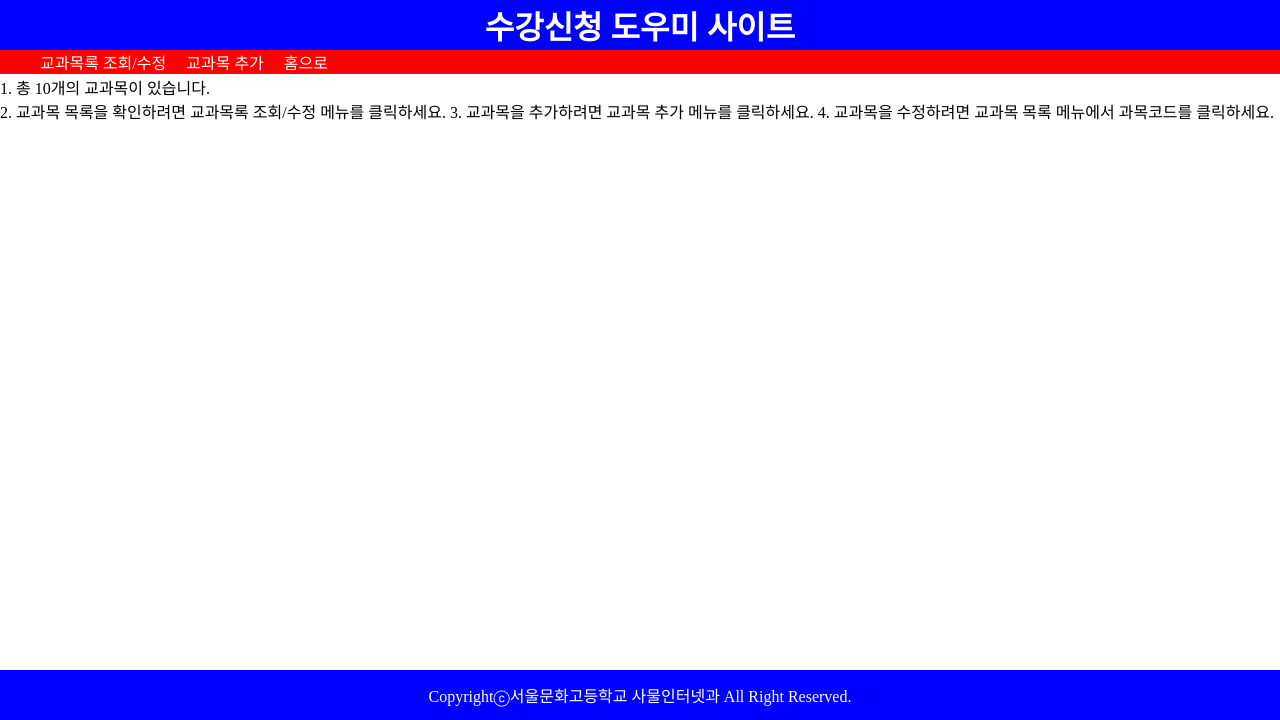
Repository: yuuki08noah/CHUNGCHUSANKI
Page: http://localhost/HRD_002/
The author's editor kept a copy of each file at every save. The page is drawn from the files as they stood at one save, then again after the next save.
The browser window is 1280 px wide. The pictures show the whole page.
The page is served by Tomcat 9.

Above is the page before, as saved 2025-04-01 07:52:49.

After the next save:
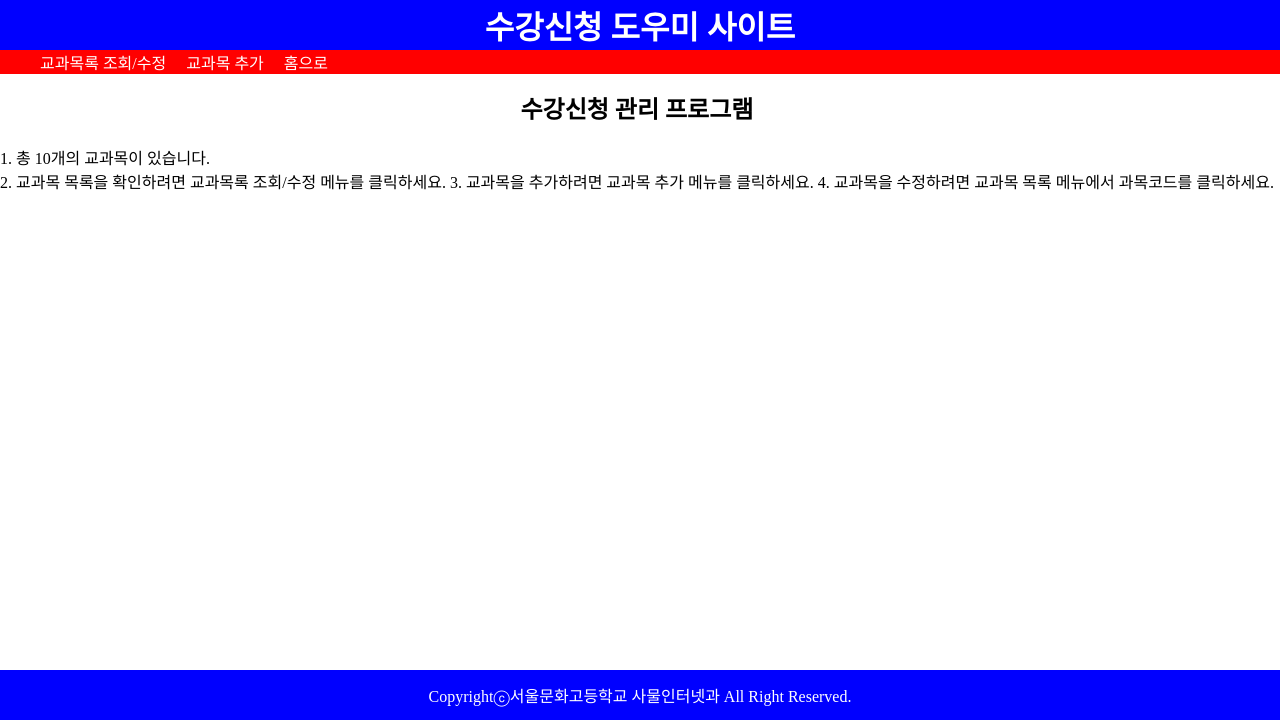
Saved 23 s later.
--- a/HRD_002/src/main/webapp/index.jsp
+++ b/HRD_002/src/main/webapp/index.jsp
@@ -8,7 +8,7 @@
 </head>
 <body>
 	<jsp:include page="header.jsp"/>
-	<section>
+	<section style="position: fixed; top: 70px;">
 		<div style="text-align: center;">
 			<h2>수강신청 관리 프로그램</h2>
 		</div>
